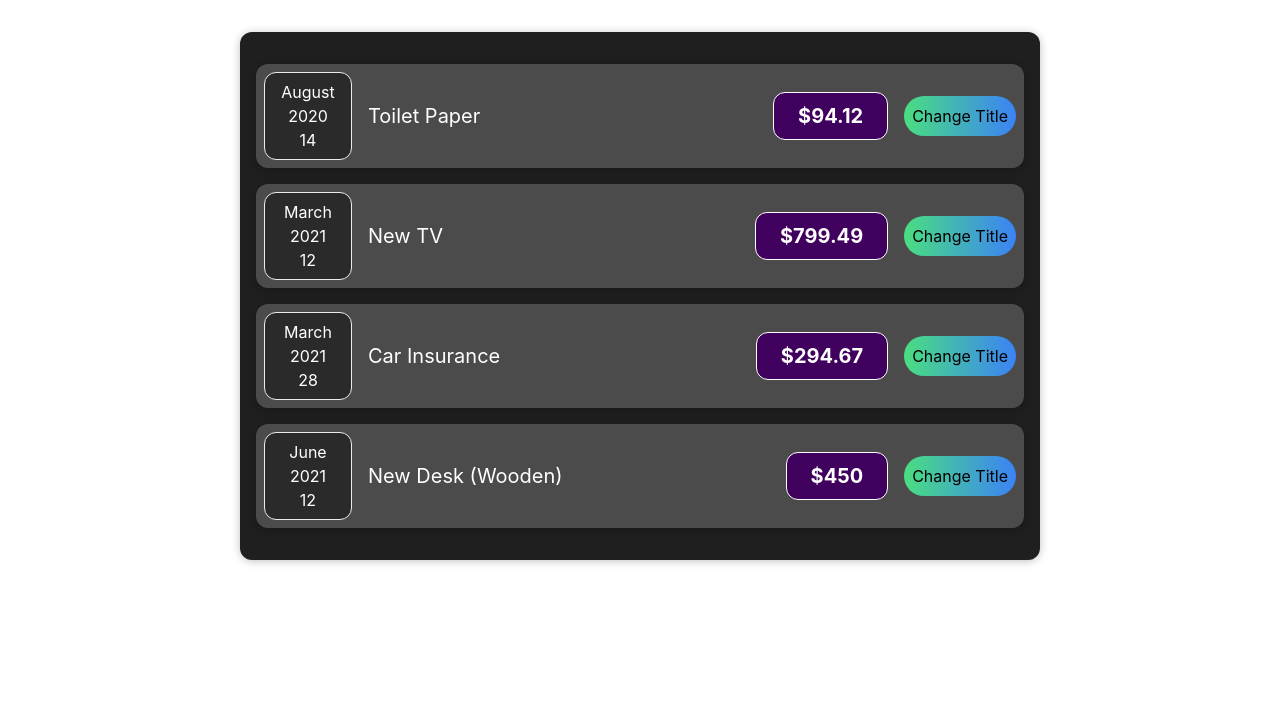
Repository: Sef24/expense-tracker
Page: /
These files come from the project's save history. The page is drawn as it stood at one moment and after the next save; the edit follows.
The browser window is 1280 px wide. The pictures show the whole page.
The project was rebuilt for these pictures with package versions that can differ from the ones it lists, and the page was loaded fresh each time. Also part of the build but not shown: src/components/NewExpense/NewExpense.css.

Above is the page before, as saved 2022-04-23 13:44:09.

### public/index.html
<!DOCTYPE html>
<html lang="en">
  <head>
    <meta charset="utf-8" />
    <link rel="icon" href="%PUBLIC_URL%/favicon.ico" />
    <meta name="viewport" content="width=device-width, initial-scale=1" />

    <meta
      name="description"
      content="Web site created using create-react-app"
    />
    <link rel="apple-touch-icon" href="%PUBLIC_URL%/logo192.png" />
    <!--
      manifest.json provides metadata used when your web app is installed on a
      user's mobile device or desktop. See https://developers.google.com/web/fundamentals/web-app-manifest/
    -->
    <link rel="manifest" href="%PUBLIC_URL%/manifest.json" />
    <!--
      Notice the use of %PUBLIC_URL% in the tags above.
      It will be replaced with the URL of the `public` folder during the build.
      Only files inside the `public` folder can be referenced from the HTML.

      Unlike "/favicon.ico" or "favicon.ico", "%PUBLIC_URL%/favicon.ico" will
      work correctly both with client-side routing and a non-root public URL.
      Learn how to configure a non-root public URL by running `npm run build`.
    -->
    <title>React App</title>
  </head>
  <body>
    <noscript>You need to enable JavaScript to run this app.</noscript>
    <div id="root"></div>
    <!--
      This HTML file is a template.
      If you open it directly in the browser, you will see an empty page.

      You can add webfonts, meta tags, or analytics to this file.
      The build step will place the bundled scripts into the <body> tag.

      To begin the development, run `npm start` or `yarn start`.
      To create a production bundle, use `npm run build` or `yarn build`.
    -->
  </body>
</html>

### src/App.js
import Expenses from "./components/Expenses";
import NewExpense from "./components/NewExpense/NewExpense";

function App() {
  const expenses = [
    {
      id: "e1",
      title: "Toilet Paper",
      amount: 94.12,
      date: new Date(2020, 7, 14),
    },
    { id: "e2", title: "New TV", amount: 799.49, date: new Date(2021, 2, 12) },
    {
      id: "e3",
      title: "Car Insurance",
      amount: 294.67,
      date: new Date(2021, 2, 28),
    },
    {
      id: "e4",
      title: "New Desk (Wooden)",
      amount: 450,
      date: new Date(2021, 5, 12),
    },
  ];
  return (
    <div>
      <Expenses items={expenses} />
    </div>
  );
}

export default App;

### src/components/Expenses.js
import React from "react";
import ExpenseItem from "./ExpenseItem";
import "./Expenses.css";

function Expenses(props) {
  <h1 className=""> Hello</h1>;
  return (
    <div className="expenses">
      <ExpenseItem
        title={props.items[0].title}
        amount={props.items[0].amount}
        date={props.items[0].date}
      />

      <ExpenseItem
        title={props.items[1].title}
        amount={props.items[1].amount}
        date={props.items[1].date}
      />
      <ExpenseItem
        title={props.items[2].title}
        amount={props.items[2].amount}
        date={props.items[2].date}
      />
      <ExpenseItem
        title={props.items[3].title}
        amount={props.items[3].amount}
        date={props.items[3].date}
      />
    </div>
  );
}

export default Expenses;

### src/components/ExpenseItem.js
import React, { useState } from "react";
import "./ExpenseItem.css";
import ExpenseDate from "./ExpenseDate";

function ExpenseItem(props) {
  const [title, setTitle] = useState(props.title);

  const clickHandler = () => {
    setTitle("Updated");
    console.log(title);
  };

  return (
    <div className="expense-item ">
      <ExpenseDate date={props.date} />

      <div className="expense-item__description">
        <h2>{props.title}</h2>

        <div className="expense-item__price">${props.amount}</div>
      </div>
      <button
        className="p-2 ml-4 border-transparent rounded-full border-0
        bg-gradient-to-r from-green-400 to-blue-500
        hover:from-pink-500 hover:to-yellow-500 ...
        active:opacity-75"
        onClick={clickHandler}
      >
        Change Title
      </button>
    </div>
  );
}

export default ExpenseItem;

### src/components/ExpenseItem.css
.expense-item {
  display: flex;
  justify-content: space-between;
  align-items: center;
  box-shadow: 0 2px 8px rgba(0, 0, 0, 0.25);
  padding: 0.5rem;
  margin: 1rem 0;
  border-radius: 12px;
  background-color: #4b4b4b;
}

.expense-item__description {
  display: flex;
  flex-direction: column;
  gap: 1rem;
  align-items: flex-end;
  flex-flow: column-reverse;
  justify-content: flex-start;
  flex: 1;
}

.expense-item h2 {
  color: #3a3a3a;
  font-size: 1rem;
  flex: 1;
  margin: 0 1rem;
  color: white;
}

.expense-item__price {
  font-size: 1rem;
  font-weight: bold;
  color: white;
  background-color: #40005d;
  border: 1px solid white;
  padding: 0.5rem;
  border-radius: 12px;
}

@media (min-width: 580px) {
  .expense-item__description {
    flex-direction: row;
    align-items: center;
    justify-content: flex-start;
    flex: 1;
  }

  .expense-item__description h2 {
    font-size: 1.25rem;
  }

  .expense-item__price {
    font-size: 1.25rem;
    padding: 0.5rem 1.5rem;
  }
}

### src/components/ExpenseDate.js
import React from "react";
import "./ExpenseDate.css";

function ExpenseDate(props) {
  const month = props.date.toLocaleString("en-US", { month: "long" });
  const day = props.date.getDate();
  const year = props.date.getFullYear();

  return (
    <div className="expense-date">
      <div className="expense__month">{month}</div>
      <div className="expense__year">{year}</div>
      <div className="expense__day">{day}</div>
    </div>
  );
}

export default ExpenseDate;

### src/components/NewExpense/NewExpense.js
import React from "react";
import "./NewExpense.css";
import ExpenseForm from "./ExpenseForm";

function NewExpense() {
  return (
    <div>
      <ExpenseForm />
    </div>
  );
}

export default NewExpense;

### src/components/NewExpense/ExpenseForm.js
import React from "react";
import "./ExpenseForm.css";

function ExpenseForm() {
  return (
    <form>
      <div className="new-expense__controls">
        <div className="new-expense__control">
          <label>Title</label>
          <input type="text" />
        </div>
        <div className="new-expense__control">
          <label>Amount</label>
          <input type="number" min="0.01" step="0.01" />
        </div>
        <div className="new-expense__control">
          <label>Date</label>
          <input type="date" min="2019-01-01" max="2022-12-31" />
        </div>
      </div>
      <div className="new-expense__actions">
        <button type="submit">Add Expense</button>
      </div>
    </form>
  );
}

export default ExpenseForm;

Loaded but not shown: src/index.js (common file); src/index.css (common file); src/components/Expenses.css (common file); src/components/ExpenseDate.css (common file); tailwind.config.js (common file); src/components/NewExpense/ExpenseForm.css (common file)

After the next save:
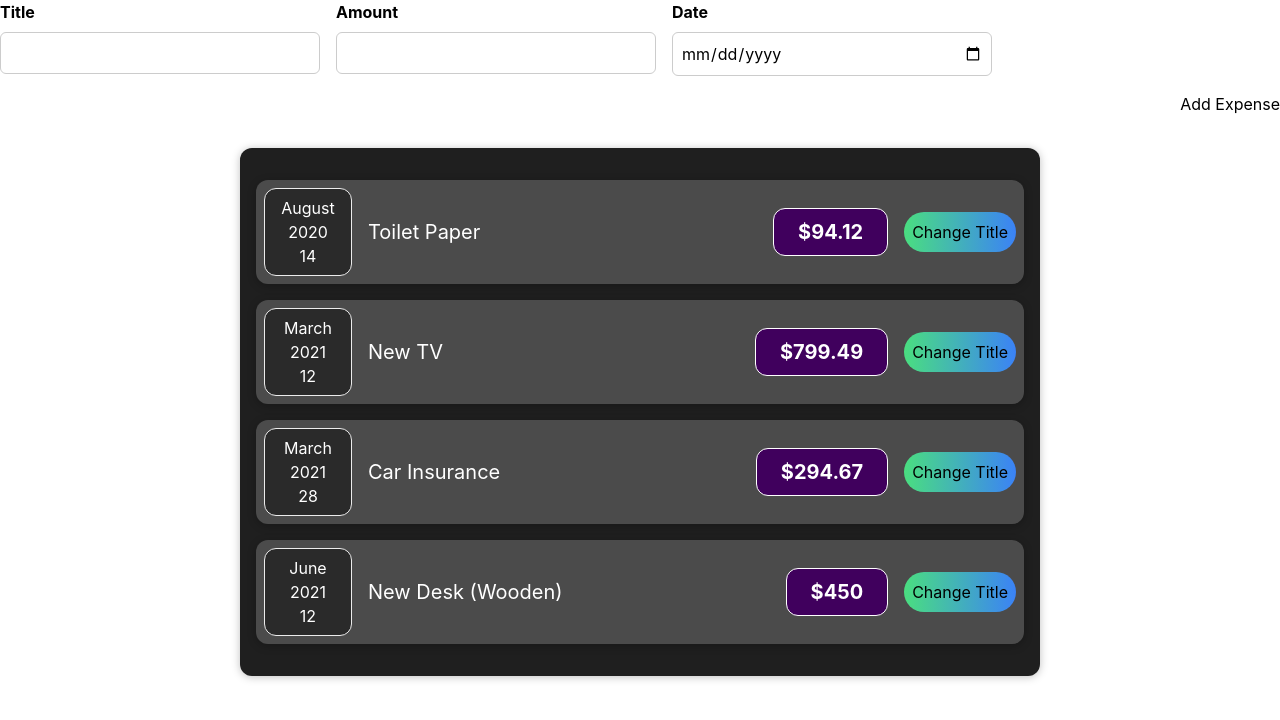
Saved 42 s later.
--- a/src/App.js
+++ b/src/App.js
@@ -25,6 +25,7 @@ function App() {
   ];
   return (
     <div>
+      <NewExpense />
       <Expenses items={expenses} />
     </div>
   );
